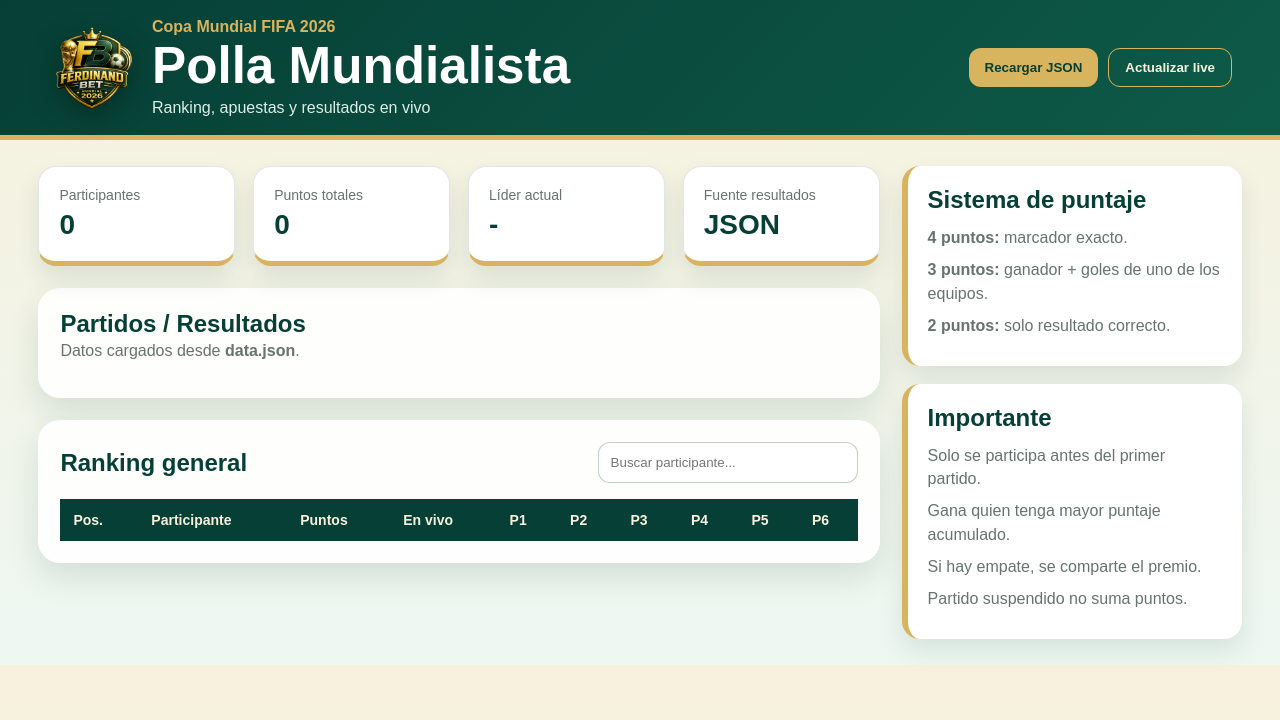
Repository: DiegoSot0/ferdinand-bet
Page: index.html
An editor plug-in stored every save of this project. The page is shown before and after a run of saves, followed by the edit.
The browser window is 1280 px wide. The pictures show the whole page.
The page's requests for data from a server got no answer.

Above is the page before, as saved 2026-06-11 21:33:12.

After the next 2 saves:
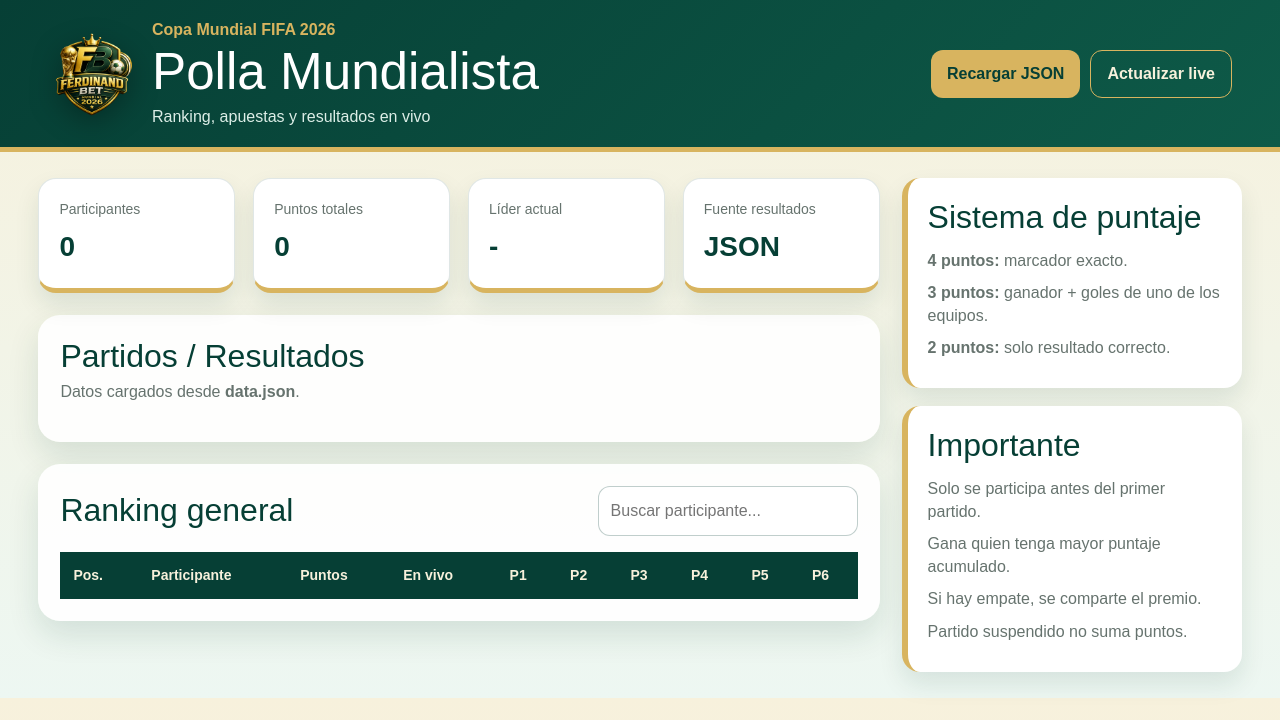
The 2 saves are shown as one change because they came seconds apart.
The last was saved 100 s later.
--- a/index.html
+++ b/index.html
@@ -5,7 +5,9 @@
   <meta charset="UTF-8" />
   <meta name="viewport" content="width=device-width, initial-scale=1.0" />
   <title>Ferdinand Bet | Polla Mundialista</title>
+  <link href="https://cdn.jsdelivr.net/npm/bootstrap@5.3.8/dist/css/bootstrap.min.css" rel="stylesheet">
   <link rel="stylesheet" href="style.css" />
+
 </head>
 
 <body>
